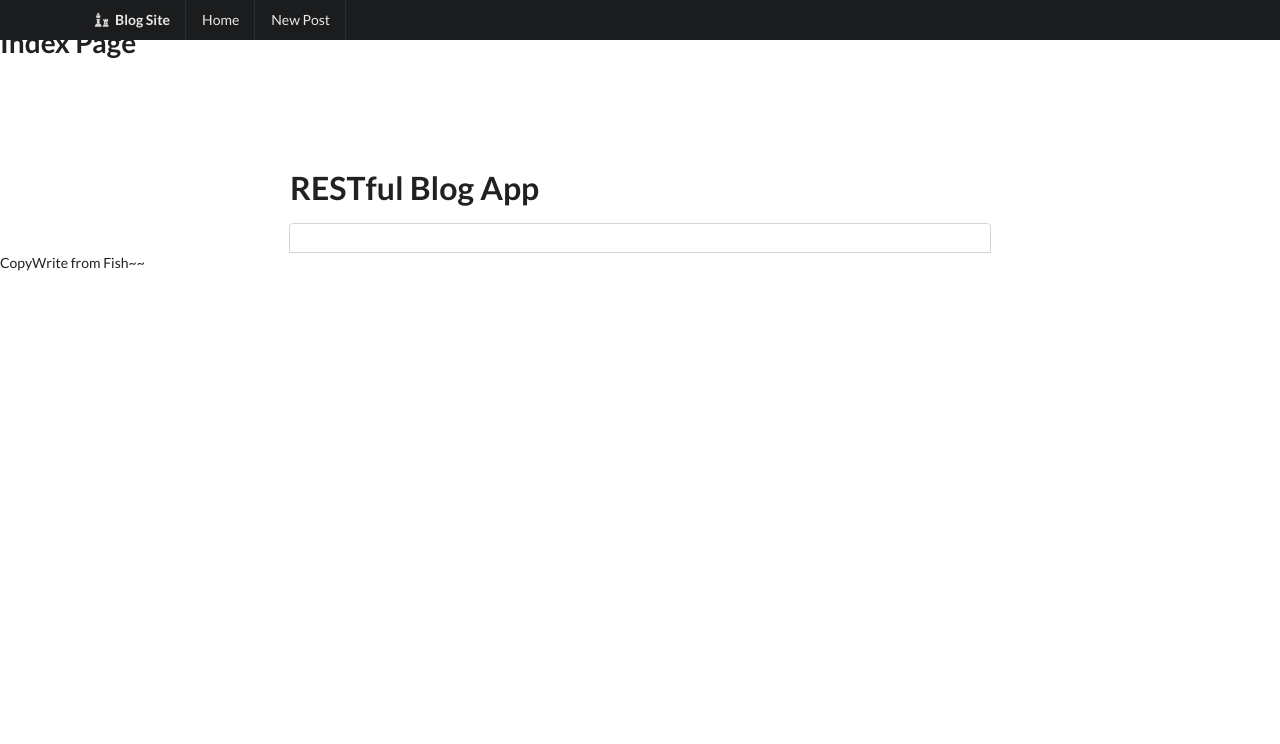
Repository: waiwai12341995/Web-Application_Yelp
Page: http://localhost/blogs
The author's editor kept a record of every edit. The page is drawn from the files as they stood at one moment, then again after the next edit.
The browser window is 1280 px wide. The pictures show the whole page.
The page is served by the project's Node server (RESTful/BlogApp/app.js). Queries for data that is not in the repository find no rows.

Above is the page before.

### RESTful/BlogApp/views/index.ejs
<% include ./partials/header %>

<h1> Index Page </h1>

<div class="ui main text container">
    <div class="ui huge header">RESTful Blog App</div>
    <div class="ui top attached segment">
        <div class="ui divided items">
            <% blogs.forEach(function(blog){ %>
            <div class="item">
                <div class="image">
                     <img src = "<%= blog.image %>"><br>
                </div>

                <div class="content">
                    <a class="header" href="/blogs/<%= blog._id %>"><%= blog.title %></a>
                    <div class="meta">
                        <span><%= blog.createdDate.toDateString() %></span>
                    </div>
                </div>

                <div class="description">
                    <p><%= blog.body.substring(0,100) %></p>
                </div>

                <br>

                <div class="field">
                    <a class="ui basic blue button" href="/blogs/<%= blog._id %>">Read More</a>
                </div>

            </div>
            <% }); %>
            </div>
        </div>
    </div>
</div>


<% include ./partials/footer %>

### RESTful/BlogApp/views/partials/header.ejs
<!DOCTYPE html>
<html>
    <head>
        <title>Fish's Blog</title>
        <link rel="stylesheet" type="text/css" href="/stylesheets/app.css">
        <link rel="stylesheet" type="text/css" href="https://cdnjs.cloudflare.com/ajax/libs/semantic-ui/2.4.1/semantic.min.css">
    </head>
    <body>
        <div class="ui fixed inverted menu">
            <div class="ui container">
                <div class="header item"><i class="chess icon"></i>Blog Site</div>
                <a href="/" class="item">Home</a>
                <a href="/blogs/new" class="item">New Post</a>
            </div>
        </div>

    <!--<nav class="navbar navbar-default">-->
    <!--    <div class="container-fluid">-->
    <!--        <div class="navbar-header">-->
    <!--            <a class="navbar-brand" href="/">YelpCamp</a>-->
    <!--        </div>-->
    <!--        <div class="collapse navbar-collapse">-->
    <!--            <ul class="nav navbar-nav navbar-right">-->
    <!--                <li><a href="/">Login</a></li>-->
    <!--                <li><a href="/">SignUp</a></li> -->
    <!--                <li><a href="/">LogOut</a></li>                    -->
    <!--            </ul>-->
    <!--        </div>-->
    <!--    </div>-->
    <!--</nav>-->

### RESTful/BlogApp/views/partials/footer.ejs
        <p>CopyWrite from Fish~~</p>
    </body>
</html>

### RESTful/BlogApp/app.js
var express = require("express");
var app = express();
var mongoose = require("mongoose");
var bodyParser = require("body-parser")
var methodOverride = require("method-override")
var expressSanitizer = require("express-sanitizer")

// Basic SetUp
// App Config
mongoose.connect("mongodb://localhost:27017/blog_app",{useNewUrlParser: true});
app.set("view engine", "ejs");
app.use(express.static("public"));
app.use(bodyParser.urlencoded({extended: true}));
app.use(methodOverride("_method"));
app.use(expressSanitizer())

// Mongoose/Model Config
var blogSchema = new mongoose.Schema({
    title: String,
    image: String,
    body: String,
    createdDate: {type: Date, default: Date.now}
});


// blogSchema Compile into model
var Blog = mongoose.model("Blog", blogSchema);

// Blog.create(
//         {
//             name: "Test Blog",
//             image: "https://pixabay.com/get/e136b60d2af51c22d2524518b7444795ea76e5d004b0144590f6c978afe5b0_340.jpg",
//             body: "We are Testing"
//         }
// );

// RESTful Route
app.get("/", function(req, res){
    res.redirect("/blogs");
})

//INDEX ROUTE
app.get("/blogs", function(req, res){
    Blog.find({}, function(err, blogs){
        if(err){
            console.log(err)
        }else{
            res.render("index", {blogs: blogs});
        }
    })
})

//NEW ROUNTE
app.get("/blogs/new", function(req, res){
    res.render("new")
})

//CREATE ROUTE
app.post("/blogs", function(req, res){
    // Create blog
    //req.body -- things come from the form
    // Testing: console.log(req.body)
    req.body.blog.body = req.sanitize(req.body.blog.body)
    // Testing: console.log(req.body)

    Blog.create(req.body.blog, function(err, newBlog){
        if(err){
            res.render("new")
        }else{
            // Redirect
            res.redirect("blogs")
        };
    });
});

//SHOW ROUTE
app.get("/blogs/:id", function(req, res){
    //Show route
    Blog.findById(req.params.id, function(err, foundBlog){
        if(err){
            res.redirect("/blogs");
        } else {
            res.render("show", {blog: foundBlog});
        }
    });
});

// EDIT ROUTE
app.get("/blogs/:id/edit", function(req, res){
    //Find the corresponding id post
    Blog.findById(req.params.id, function(err, foundBlog){
        if(err){
            res.redirect("/blogs");
        } else {
            res.render("edit", {blog: foundBlog});
        }
    });
});

// UPDATE ROUTE
app.put("/blogs/:id", function(req, res){
    req.body.blog.body = req.sanitizer(req.body.blog.body)
    //Find the corresponding id post
    // New Data
    // Call back
    Blog.findByIdAndUpdate(req.params.id, req.body.blog, function(err, updatedBlog){
        if(err){
            res.redirect("/blogs");
        } else {
            res.redirect("/blogs/" + req.params.id);
        }
    });
});

// DELETE ROUTE
app.delete("/blogs/:id", function(req, res){
    //destory blog
    Blog.findByIdAndRemove(req.params.id,  function(err){
        if(err){
            res.redirect("/blogs");
        } else {
            res.redirect("/blogs/");
        }
    });
    //redirect
});



// Start the Server
app.listen(process.env.PORT, process.env.IP, function(){
    console.log("Blog Server Start");
});

### RESTful/BlogApp/public/stylesheets/app.css
.icon {
    font-size: 2em;
}

.container.main {
    margin-top: 7em;
}

.ui.segment {
    margin: 7em 0;
}

#delete {
    display: inline;
}

After the next edit:
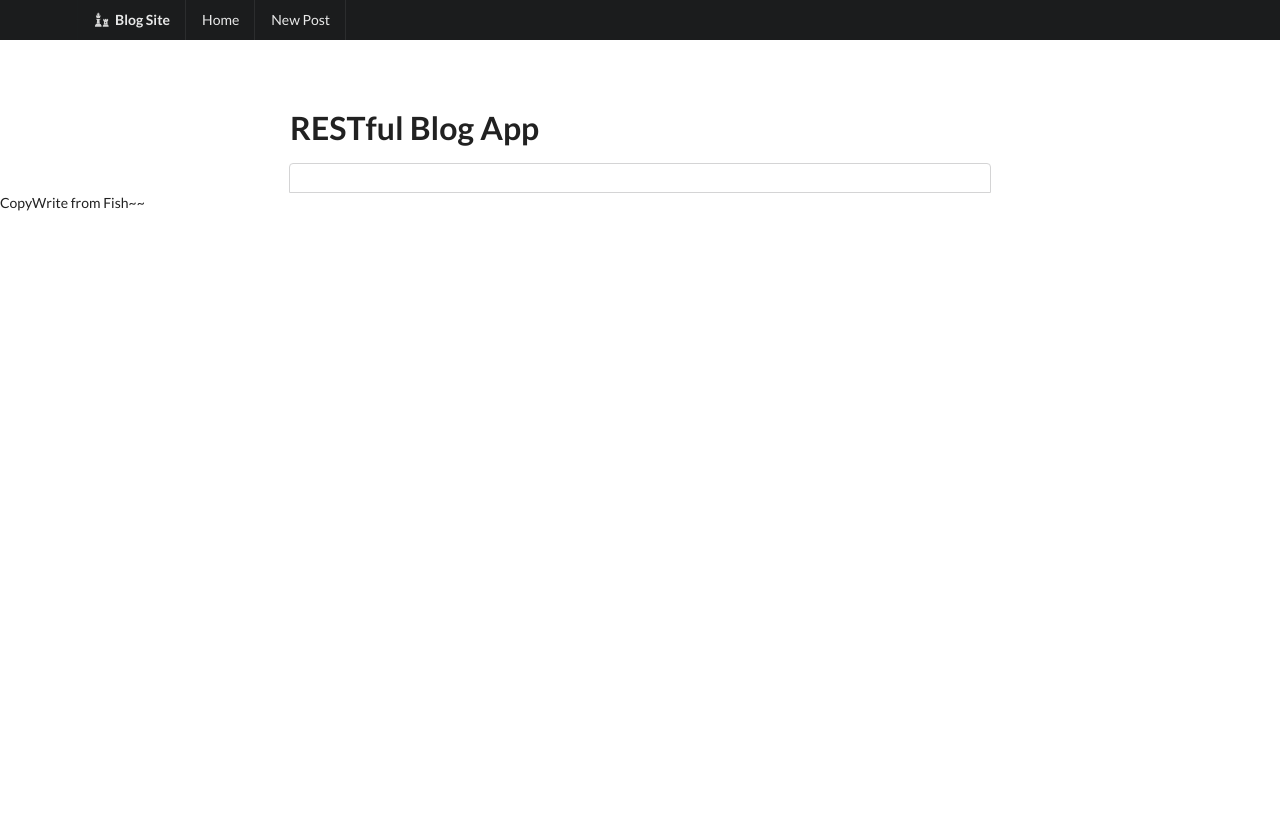
The edit:
--- a/RESTful/BlogApp/views/index.ejs
+++ b/RESTful/BlogApp/views/index.ejs
@@ -1,6 +1,5 @@
 <% include ./partials/header %>
 
-<h1> Index Page </h1>
 
 <div class="ui main text container">
     <div class="ui huge header">RESTful Blog App</div>
